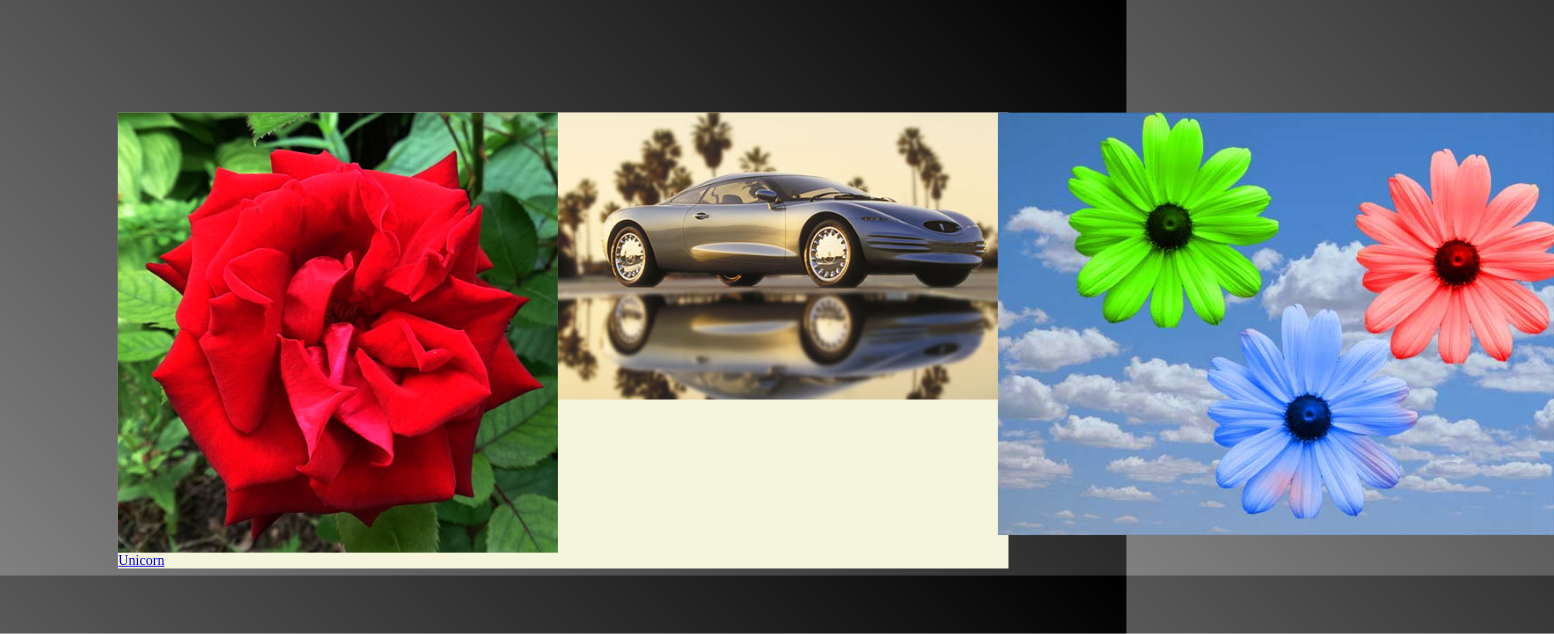
Repository: ViggoSkj/VGY
Page: ovningar/photoshopovning/photoshopovning.html
These files come from the project's save history. The page is drawn as it stood at one moment and after the next save; the edit follows.
The browser window is 1280 px wide. The page is 1766 px wide, then 1280 px, so the pictures cover 1766 px, including what lies to the right of the window. The pictures show the whole page, at 88% of full size.

Above is the page before, as saved 2022-11-27 12:04:39.

After the next save:
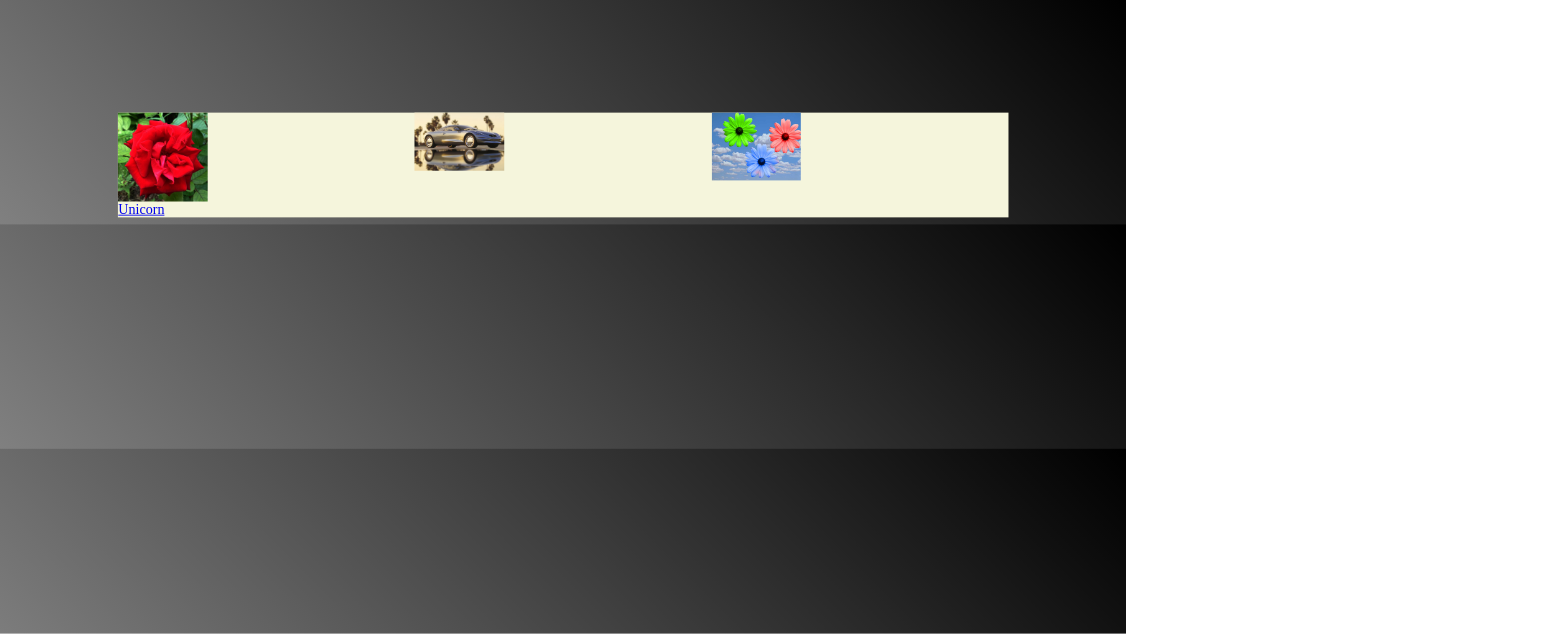
Saved 13 s later.
--- a/ovningar/photoshopovning/public/css/style.css
+++ b/ovningar/photoshopovning/public/css/style.css
@@ -11,6 +11,11 @@ body
     width: 80%;
 }
 
+img
+{
+    width: 30%;
+}
+
 .images
 {
     display: grid;
